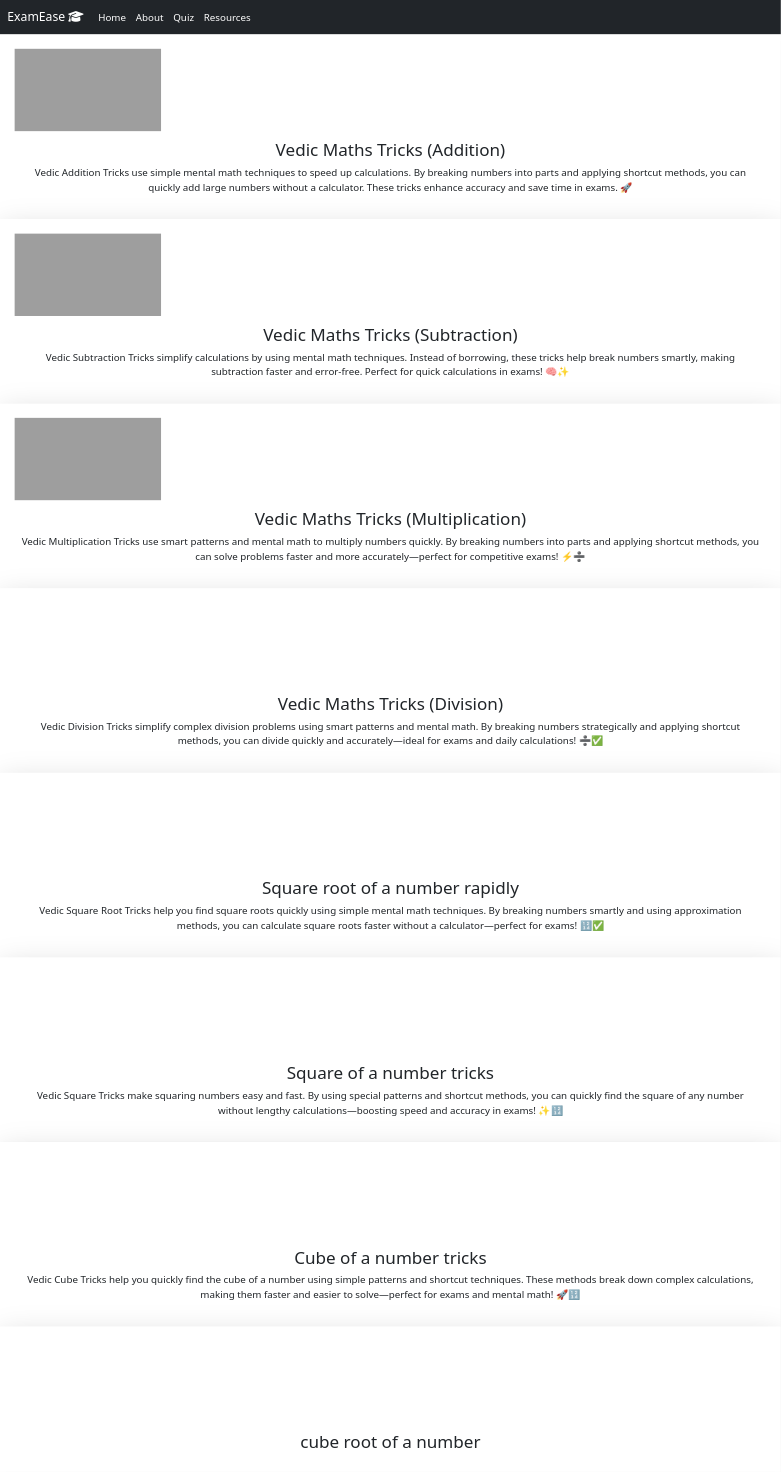
Repository: rahul-chakradhari/devquest
Page: /res (app in project/)
These files come from the project's save history. The page is drawn as it stood at one moment and after the next save; the edit follows.
The browser window is 1280 px wide. The pictures show the whole page, at 61% of full size.
Pictures or frames that could not be fetched are drawn as grey boxes. The project was rebuilt for these pictures with package versions that can differ from the ones it lists, and the page was loaded fresh each time. Also part of the build but not shown: project/vite.config.js, project/src/App.css, project/src/components/Home.jsx, project/src/components/About.jsx, project/src/components/ProgressBar.jsx, project/src/components/PerformanceAnalysis.jsx, project/src/components/Quiz.jsx, project/src/index.css.

Above is the page before, as saved 2025-02-24 15:02:43.

After the next save:
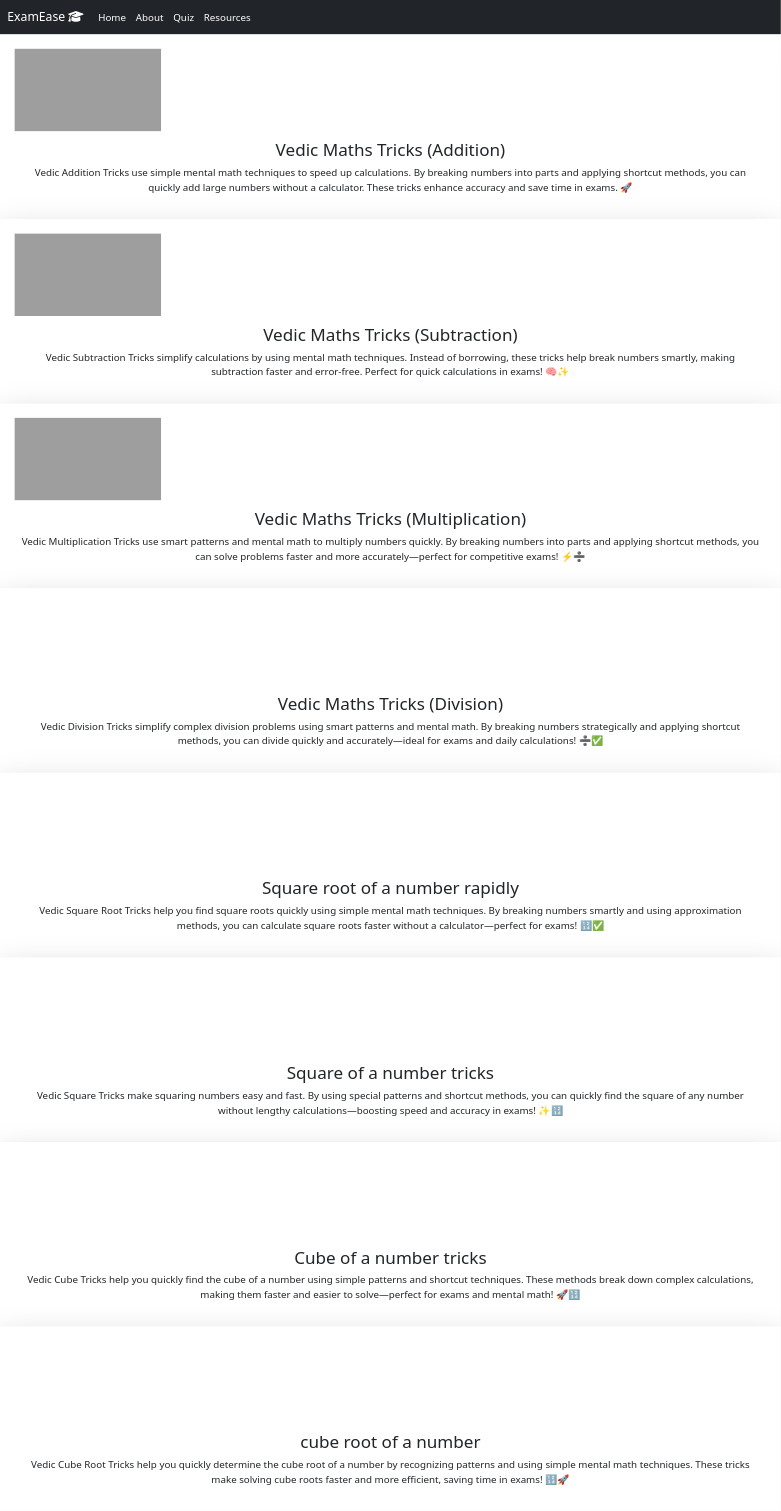
Saved 34 s later.
--- a/project/src/components/Resources.jsx
+++ b/project/src/components/Resources.jsx
@@ -45,6 +45,8 @@ const resources = [
   },
   {
     title: "cube root of a number ",
+    description:
+      "Vedic Cube Root Tricks help you quickly determine the cube root of a number by recognizing patterns and using simple mental math techniques. These tricks make solving cube roots faster and more efficient, saving time in exams! 🔢🚀",
     video: "https://www.youtube.com/embed/e4fxH6I_iHA",
   },
   ,
